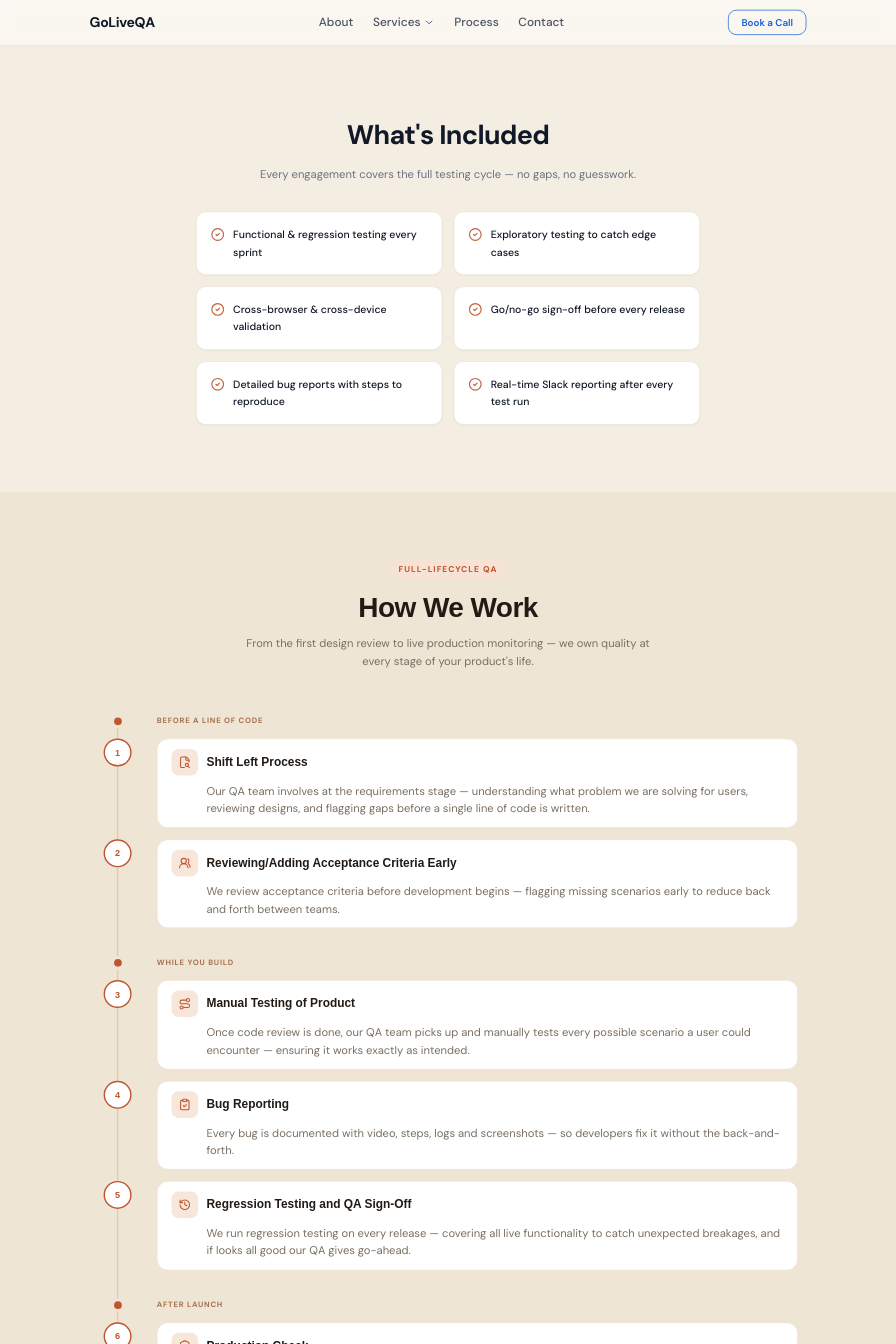
Repository: Monika281992/GoLiveQA
Page: /manual-testing
An editor plug-in stored every save of this project. The page is shown before and after the next save, followed by the edit.
The browser window is 1280 px wide. The pictures show the part of the page from y = 0 to 1920 px (the page is 2805 px tall before and 4441 px after), at 70% of full size.
The project was rebuilt for these pictures with package versions that can differ from the ones it lists, and the page was loaded fresh each time. The framework's server and built-in components were replaced by stand-ins that run in the browser. Also part of the build but not shown: next.config.mjs.

Above is the page before, as saved 2026-06-27 21:40:40.

After the next save:
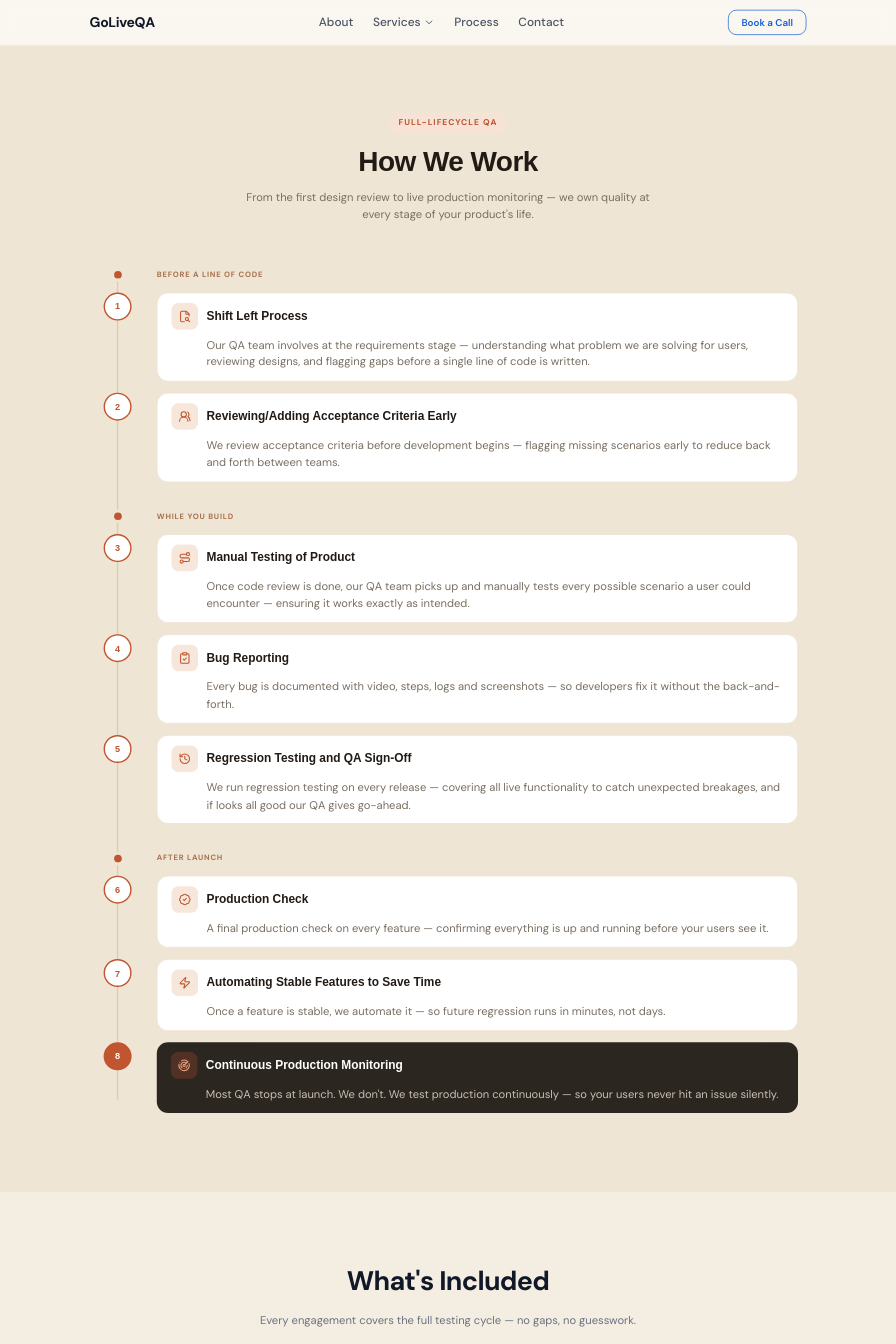
Saved 32 s later.
--- a/app/manual-testing/page.tsx
+++ b/app/manual-testing/page.tsx
@@ -23,6 +23,9 @@ export default function ManualTestingPage() {
     <div className="min-h-screen bg-surface">
       <Navbar />
       <main>
+
+        {/* How We Work timeline */}
+        <ProblemsWeSolve />
 
         {/* What's included */}
         <section className="border-t border-hairline bg-surface-soft py-16 md:py-24">
